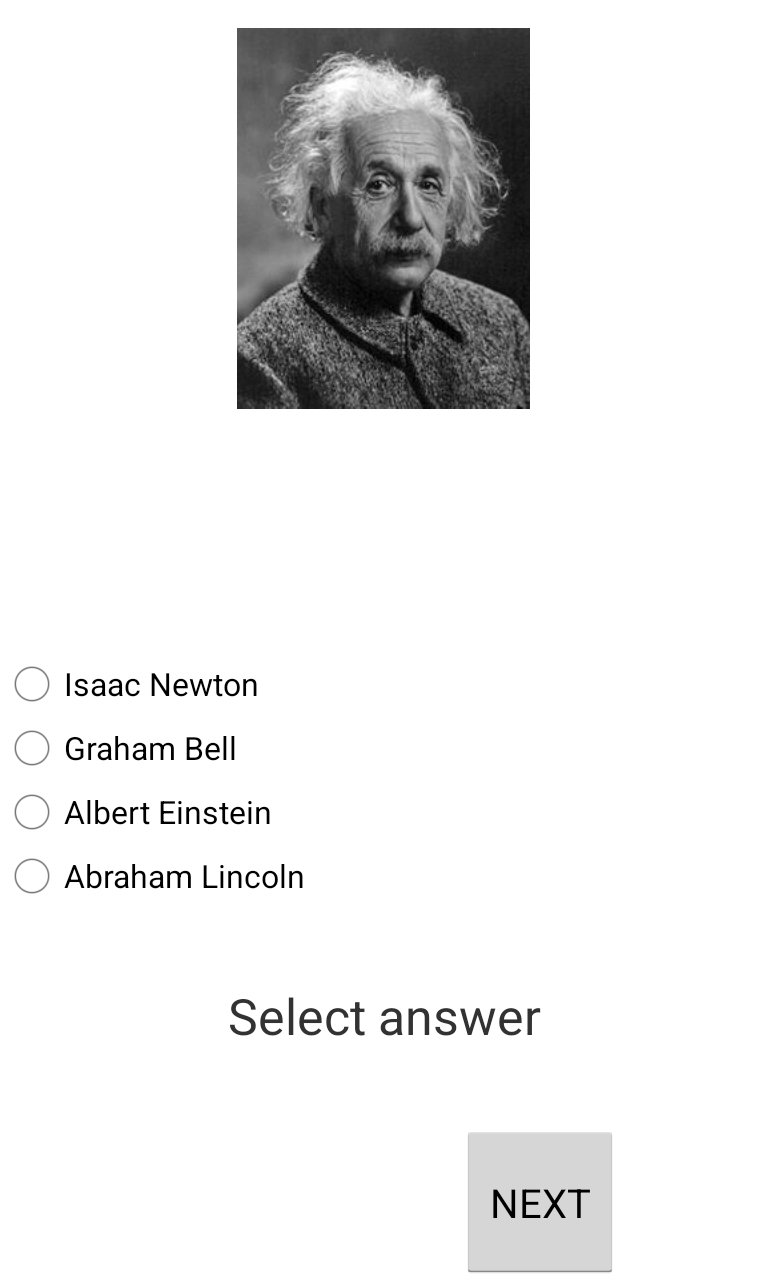
Repository: rupaligarje123/aakash
Layout: androidphotoquiz/FunChem1/photoquiz/res/layout/que2.xml
An editor plug-in stored every save of this project. The layout is shown before and after the next save, followed by the edit.
It is drawn on a 768 x 1280 px phone screen (xhdpi) without system bars, with theme AppTheme; the app's code is not run.

Above is the layout before, as saved 2013-04-18 10:47:24.

After the next save:
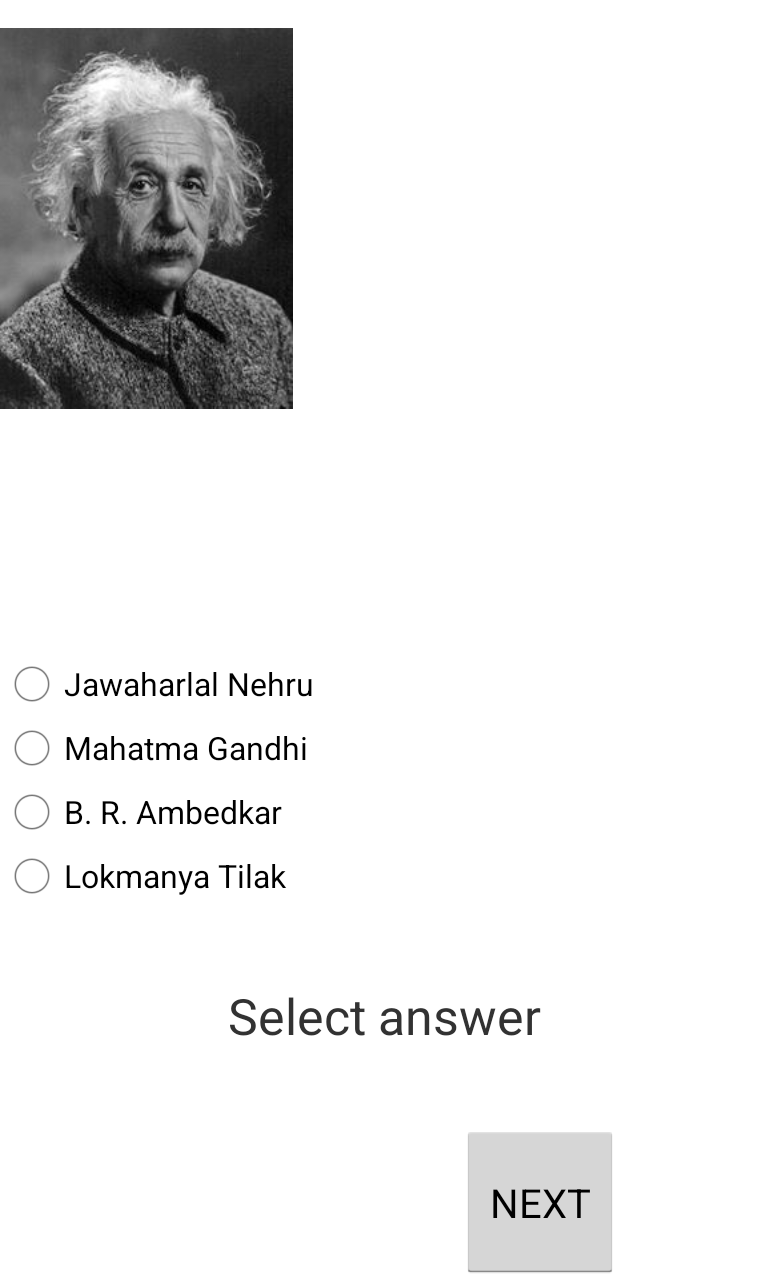
Saved 3 min 38 s later.
--- a/androidphotoquiz/FunChem1/photoquiz/res/layout/que2.xml
+++ b/androidphotoquiz/FunChem1/photoquiz/res/layout/que2.xml
@@ -1,7 +1,7 @@
 <?xml version="1.0" encoding="utf-8"?>
 <LinearLayout xmlns:android="http://schemas.android.com/apk/res/android"
     android:layout_width="match_parent"
-    android:layout_height="match_parent"
+    android:layout_height="wrap_content"
     android:orientation="vertical" >
 
     <ImageView
@@ -9,7 +9,7 @@
         android:layout_width="wrap_content"
         android:layout_height="wrap_content"
         android:layout_weight="1"
-         android:layout_gravity="center"
+        android:gravity="center"
         android:src="@drawable/pic2" />
 
     <TextView
@@ -20,7 +20,6 @@
         android:gravity="center"
         android:text=""
         android:textSize="25sp" >
-
     </TextView>
 <RadioGroup
     android:layout_width="fill_parent"
@@ -28,35 +27,35 @@
     android:orientation="vertical">
     >
     <RadioButton
-        android:id="@+id/rd201"
+        android:id="@+id/rd401"
         android:layout_width="match_parent"
         android:layout_height="0dp"
         android:layout_weight="1"
-        android:text="Isaac Newton" />
+        android:text="Jawaharlal Nehru" />
 
     <RadioButton
-        android:id="@+id/rd202"
+        android:id="@+id/rd402"
         android:layout_width="match_parent"
         android:layout_height="0dp"
         android:layout_weight="1"
-        android:text="Graham Bell" />
+        android:text="Mahatma Gandhi" />
 
     <RadioButton
-        android:id="@+id/rd203"
+        android:id="@+id/rd403"
         android:layout_width="match_parent"
         android:layout_height="0dp"
         android:layout_weight="1"
-        android:text="Albert Einstein" />
+        android:text="B. R. Ambedkar" />
 
     <RadioButton
-        android:id="@+id/rd204"
+        android:id="@+id/rd404"
         android:layout_width="match_parent"
         android:layout_height="0dp"
         android:layout_weight="1"
-        android:text="Abraham Lincoln" />
+        android:text="Lokmanya Tilak " />
     </RadioGroup>
-    <TextView
-        android:id="@+id/tvr2"
+   <TextView
+        android:id="@+id/tvr4"
         android:layout_width="match_parent"
         android:layout_height="80sp"
         android:layout_weight="1"
@@ -65,7 +64,7 @@
         android:textSize="25sp" >
     </TextView>
     <Button
-        android:id="@+id/bn2"
+        android:id="@+id/bn4"
         android:layout_width="80sp"
         android:layout_height="50sp"
         android:layout_weight="1"
@@ -74,5 +73,4 @@
         android:layout_marginLeft="230sp"
 
         />
-
 </LinearLayout>
